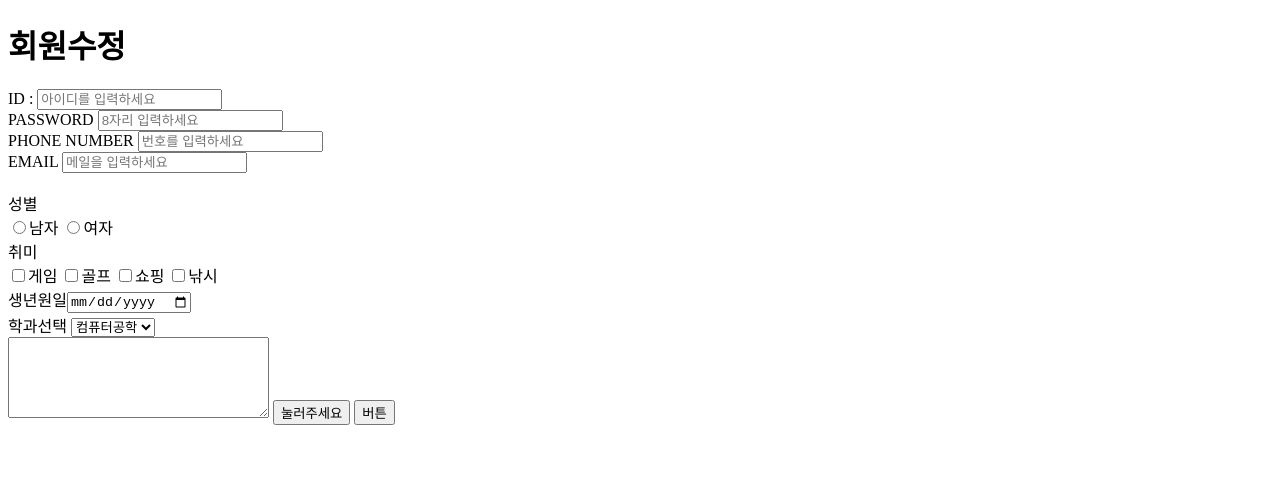
Repository: jaehyeon0418/workspace123
Page: w1026/src/main/webapp/w1026_02.html
An editor plug-in stored every save of this project. The page is shown before and after the next save, followed by the edit.
The browser window is 1280 px wide. The pictures show the whole page.

Above is the page before, as saved 2022-10-26 01:50:37.

### w1026/src/main/webapp/w1026_02.html
<!DOCTYPE html>
<html>
<head>
<meta charset="UTF-8">
<title>Insert title here</title>
</head>
<body>

	<h1>회원수정</h1>
<label for="id">ID :</label> <input type="text" name="id" id="id" placeholder="아이디를 입력하세요" maxlength="10"><br>
<label for = "pwd">PASSWORD</label> <input type="text" name="pwd" id="pwd" placeholder="8자리 입력하세요" maxlength="5">
	<br> PHONE NUMBER
	<input type="tel" name="number" placeholder="번호를 입력하세요" maxlength="11">
	<br> EMAIL
	<input type="email" name="email" placeholder="메일을 입력하세요">
	<br>
	<br> 성별
	<br>
	<input type="radio" name="gender" value="man">남자
	<input type="radio" name="gender" value="woman">여자
	<br> 취미
	<br>
	<input type="checkbox" name="game" value="game">게임
	<input type="checkbox" name="golf" value="golf">골프
	<input type="checkbox" name="shop" value="shop">쇼핑
	<input type="checkbox" name="fish" value="fish">낚시
	<br>
	생년원일<input type="date" name="bday">
	<br>
	학과선택
	<select>
		<option value="class1" selected>컴퓨터공학</option>
		<option value="class2" >무역학</option>
		<option value="class3">경영학</option>
	</select>
	<br>
	<textarea name = "txtared" rows="5" cols="30"></textarea>
	<input type = "button" value = "눌러주세요" onclick = "alert('인풋버튼입니다.')">
	<button type = "button" onclick = "alert"('버튼 버튼입니다.')>버튼</button>

</body>
</html>

After the next save:
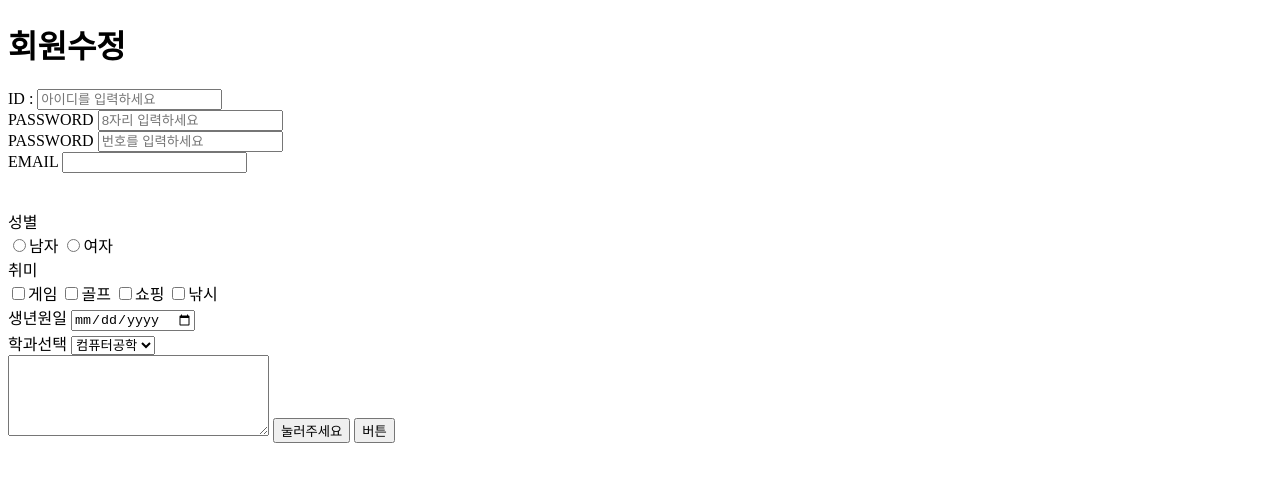
Saved 3 min 35 s later.
--- a/w1026/src/main/webapp/w1026_02.html
+++ b/w1026/src/main/webapp/w1026_02.html
@@ -5,14 +5,13 @@
 <title>Insert title here</title>
 </head>
 <body>
-
-	<h1>회원수정</h1>
-<label for="id">ID :</label> <input type="text" name="id" id="id" placeholder="아이디를 입력하세요" maxlength="10"><br>
-<label for = "pwd">PASSWORD</label> <input type="text" name="pwd" id="pwd" placeholder="8자리 입력하세요" maxlength="5">
-	<br> PHONE NUMBER
-	<input type="tel" name="number" placeholder="번호를 입력하세요" maxlength="11">
-	<br> EMAIL
-	<input type="email" name="email" placeholder="메일을 입력하세요">
+	<form action="https://www.naver.com" name="frm" method="get">
+		<h1>회원수정</h1>
+		<label for="id">ID :</label> <input type="text" name="id" id="id" placeholder="아이디를 입력하세요" maxlength="10"><br>
+		<label for="pwd">PASSWORD</label> <input type="text" name="pwd" id="pwd" placeholder="8자리 입력하세요" maxlength="5"> <br>
+		<label for="tel">PASSWORD</label> <input type="tel" name="number" id = "tel" placeholder="번호를 입력하세요" maxlength="11"><br>
+		<label for= "email">EMAIL</label> <input type="email" name="email" id = " email"><br>
+	</form>
 	<br>
 	<br> 성별
 	<br>
@@ -24,19 +23,18 @@
 	<input type="checkbox" name="golf" value="golf">골프
 	<input type="checkbox" name="shop" value="shop">쇼핑
 	<input type="checkbox" name="fish" value="fish">낚시
-	<br>
-	생년원일<input type="date" name="bday">
-	<br>
-	학과선택
+	<br> 생년원일
+	<input type="date" name="bday">
+	<br> 학과선택
 	<select>
 		<option value="class1" selected>컴퓨터공학</option>
-		<option value="class2" >무역학</option>
+		<option value="class2">무역학</option>
 		<option value="class3">경영학</option>
 	</select>
 	<br>
-	<textarea name = "txtared" rows="5" cols="30"></textarea>
-	<input type = "button" value = "눌러주세요" onclick = "alert('인풋버튼입니다.')">
-	<button type = "button" onclick = "alert"('버튼 버튼입니다.')>버튼</button>
+	<textarea name="txtared" rows="5" cols="30"></textarea>
+	<input type="button" value="눌러주세요" onclick="alert('인풋버튼입니다.')">
+	<button type="button" onclick="alert" ('버튼 버튼입니다.')>버튼</button>
 
 </body>
 </html>
